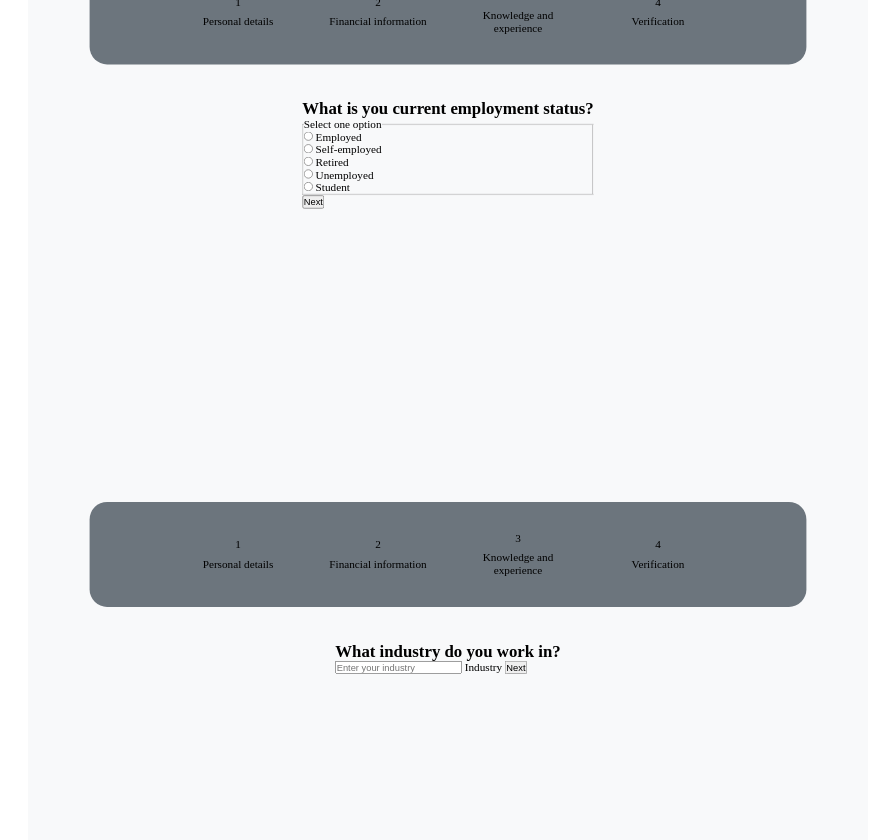
Repository: Jacques-Jaki-Morkel/vaultmarkets_SignupFlow
Page: index.HTML
The author's editor kept a copy of each file at every save. The page is drawn from the files as they stood at one save, then again after the next save.
The browser window is 1280 px wide. The pictures show the part of the page from y = 3120 to 5040 px (the page is 4320 px tall before and 5040 px after), at 70% of full size.

Above is the page before, as saved 2025-07-30 15:16:39.

After the next save:
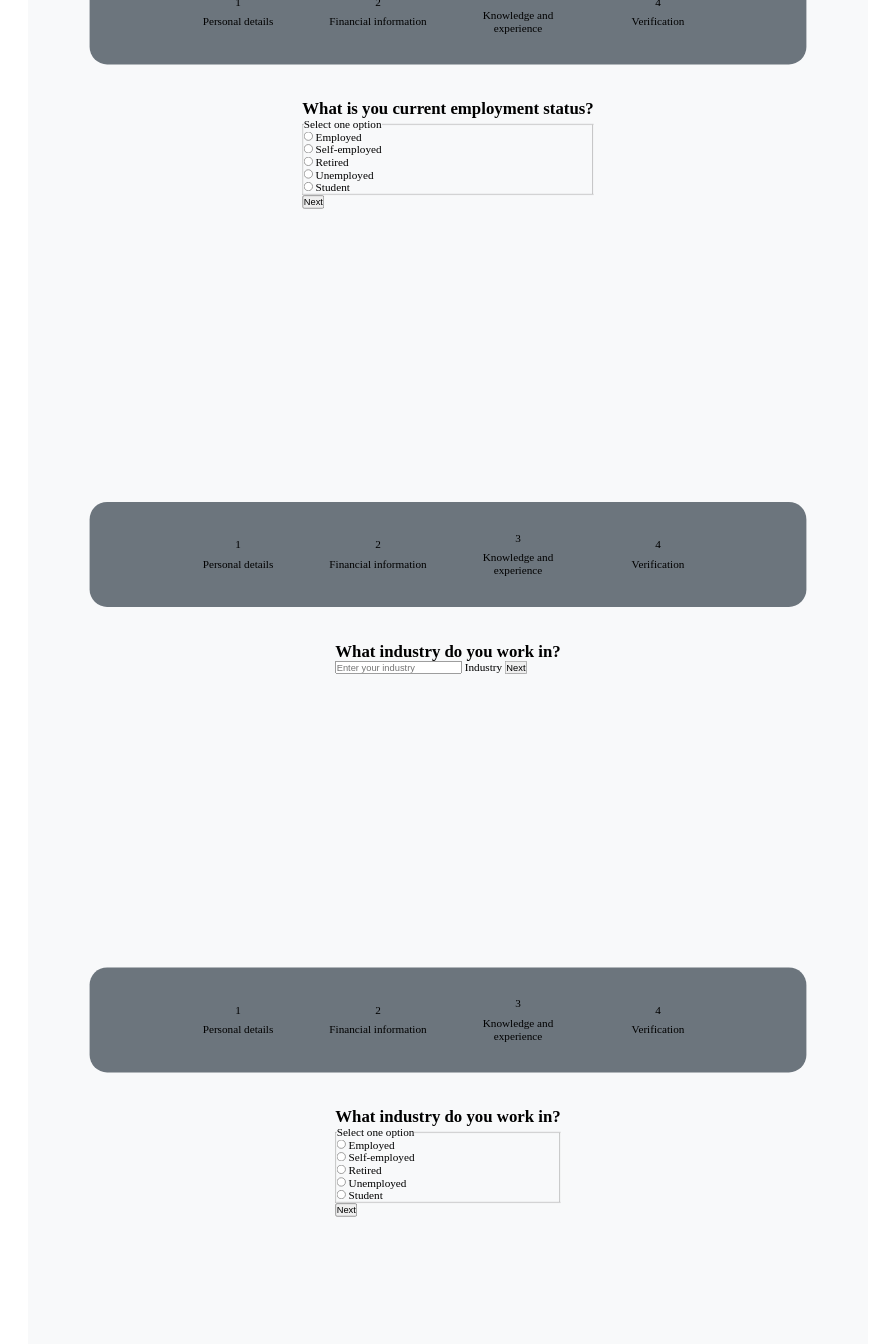
Saved 67 s later.
--- a/index.HTML
+++ b/index.HTML
@@ -392,6 +392,71 @@
     </section>
     <!-- End of Financial information Section - page 2 -->
 
+     <!-- Financial information Section - page 3 continued -->
+    <section class="container-size personal-2">
+        <!-- Row 1: Progress Bar -->
+        <div class="progress-bar-wrapper">
+            <div class="progress-bar">
+                <ol class="progress-steps">
+                    <li>
+                        <div>1</div>
+                        <p>Personal details</p>
+                    </li>
+                    <li>
+                        <div>2</div>
+                        <p>Financial information</p>
+                    </li>
+                    <li>
+                        <div>3</div>
+                        <p>Knowledge and experience</p>
+                    </li>
+                    <li>
+                        <div>4</div>
+                        <p>Verification</p>
+                    </li>
+                </ol>
+            </div>
+        </div>
+
+        <!-- Row 2: Form -->
+        <div>
+            <h2>What industry do you work in?</h2>
+
+            <form action="#" method="POST">
+<!-- Select 1 option -->
+                <fieldset>
+                    <legend>Select one option</legend>
+
+                    <div>
+                        <input type="radio" id="option1" name="selection" value="option1" required>
+                        <label for="option1">Employed</label>
+                    </div>
+
+                    <div>
+                        <input type="radio" id="option2" name="selection" value="option2">
+                        <label for="option2">Self-employed</label>
+                    </div>
+
+                    <div>
+                        <input type="radio" id="option3" name="selection" value="option3">
+                        <label for="option3">Retired</label>
+                    </div>
+
+                    <div>
+                        <input type="radio" id="option4" name="selection" value="option4">
+                        <label for="option4">Unemployed</label>
+                    </div>
+
+                    <div>
+                        <input type="radio" id="option5" name="selection" value="option5">
+                        <label for="option5">Student</label>
+                    </div>
+                </fieldset>
+                <button type="submit">Next</button>
+            </form>
+    </section>
+    <!-- End of Financial information Section - page 3 -->
+
     <script src="script.js"></script>
 </body>
 
